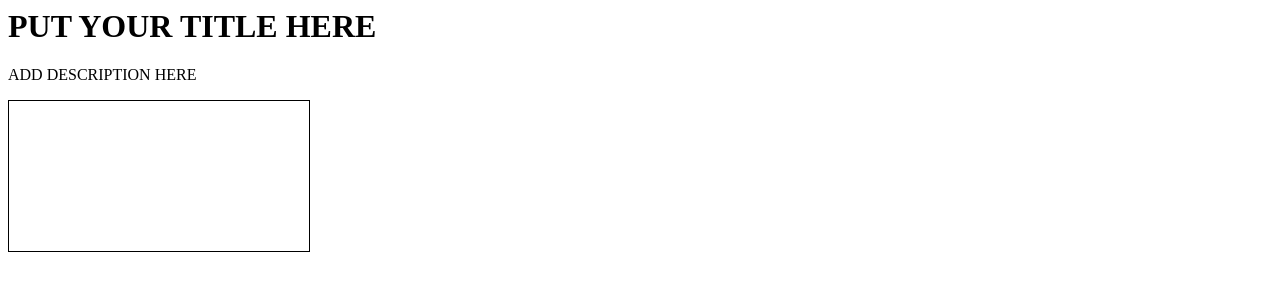
Repository: VirtualEnterpriseCali/VitrualEnterpriseCali.github.io
Page: game.html
The author's editor kept a record of every edit. The page is drawn from the files as they stood at one moment, then again after the next edit.
The browser window is 1280 px wide. The pictures show the whole page.

Above is the page before.

### game.html
<html>

  <head>
      <meta http-equiv="Content-Type" content="text/html; charset=UTF-8" />
      <title>Processing Demo</title>
      <script type="text/javascript" src="js/processing.js"></script>
  </head>

  <body>
    <h1>PUT YOUR TITLE HERE</h1>
    <p>ADD DESCRIPTION HERE</p>

    <script type="processing.js">

      /* DELETE THIS COIMMENT PORTION AND REPLACE WITH PROCESSING CODE
       *
       * CODE GOES HERE......
       */


int xPos;
int speed=1;
int xDir=1;
int score=0;
int lives=5;
boolean lost=false;

void setup()
{
  size (400,400);
  smooth();
  xPos=width/2;
  fill(0,0,225);
  textSize(40);
}

void draw()
{
  background (0);
  ellipse(xPos, height/2,40,40);
  xPos=xPos+(speed*xDir);
  if (xPos > width-20 || xPos<20)
  {
    xDir=-xDir;
  }
  text("score = "+score,20,50);
  text("lives = "+lives,width-380,90);
  if (lives<=0)
  {
    textSize(40);
    text("Click to Restart", 125,100);
    noLoop();
    lost=true;
    textSize(40);
  }
}

void mousePressed()
{
  if (dist(mouseX, mouseY, xPos, 200)<=20)
  {
    score=score+speed;
    speed=speed+1;
  }
  else
  {
    if (speed<1)
    {
    speed=speed-1;
    }
    lives=lives-1;
  }
  if (lost==true)
  {
    speed=1;
    lives=5;
    score=0;
    xPos=width/2;
    xDir=1;
    lost=false;
    loop();
  }
}
    </script>
    <canvas id="sketch" style="border: 1px solid black;"></canvas>

  </body>

</html>

Loaded but not shown: processing.js (library)

After the next edit:
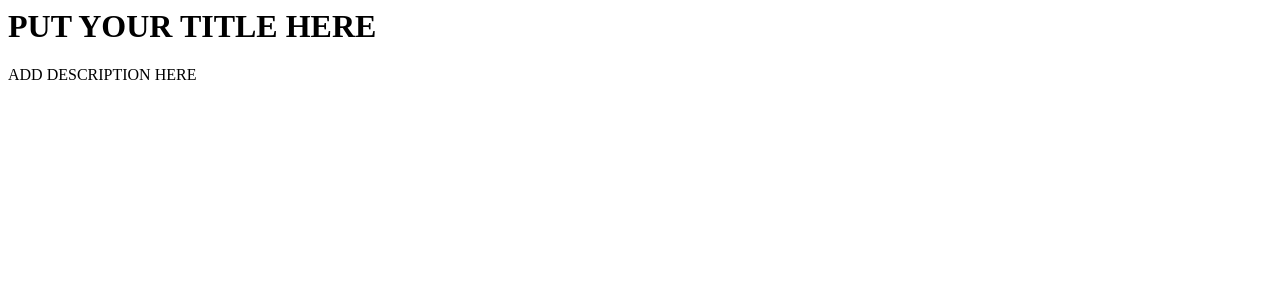
The edit:
--- a/game.html
+++ b/game.html
@@ -81,8 +81,6 @@
     loop();
   }
 }
-    </script>
-    <canvas id="sketch" style="border: 1px solid black;"></canvas>
 
   </body>
 
